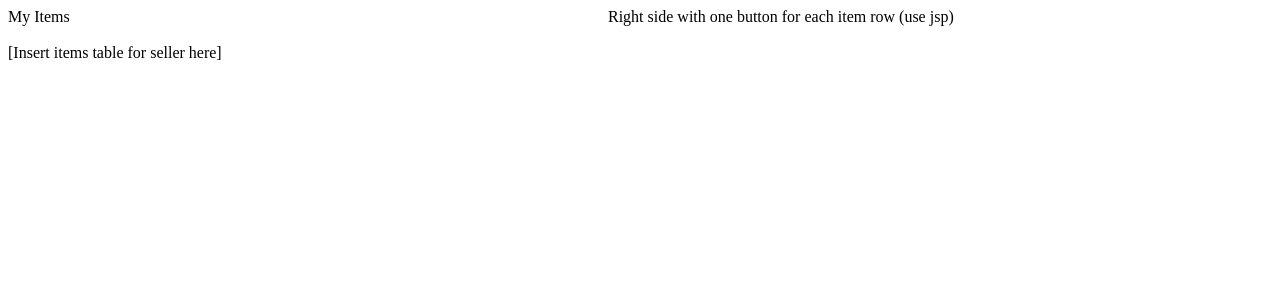
Repository: divergentArrow/Databases
Page: http://localhost/cs336project/seller.jsp
These files come from the project's save history. The page is drawn as it stood at one moment and after the next save; the edit follows.
The browser window is 1280 px wide. The pictures show the whole page.
The page is served by Tomcat 9.

Above is the page before, as saved 2019-04-14 20:30:44.

After the next save:
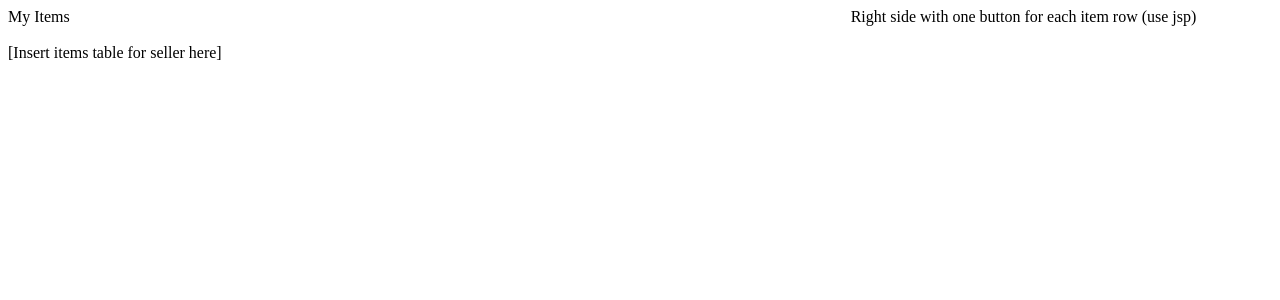
Saved 52 s later.
--- a/cs336project/WebContent/seller.jsp
+++ b/cs336project/WebContent/seller.jsp
@@ -19,7 +19,7 @@
 				<br></br>
 				<br></br>
         	</div>
-        	<div style="display: table-cell;">
+        	<div style="width: 300px; display: table-cell;">
         		Right side with one button for each item row (use jsp)
         	</div>
     	</div>
